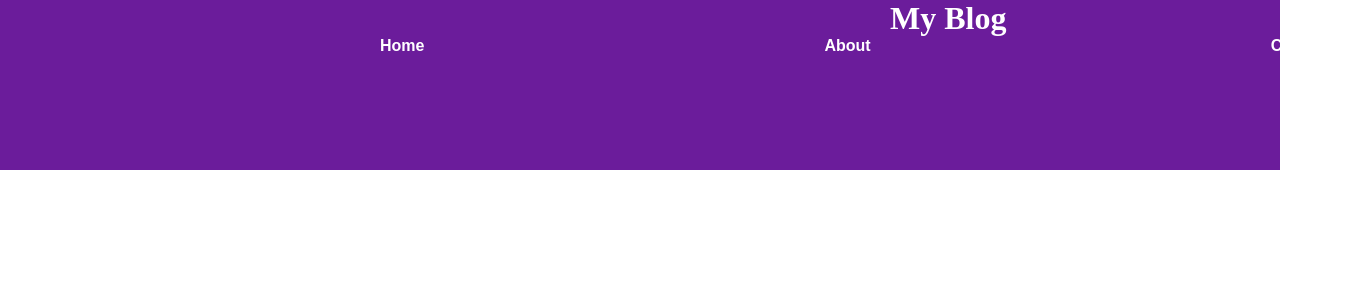
Repository: Femi007-gh/BLOG
Page: index.html
These files come from the project's save history. The page is drawn as it stood at one moment and after the next save; the edit follows.
The browser window is 1280 px wide. The page is 1350 px wide, then 1280 px, so the pictures cover 1350 px, including what lies to the right of the window. The pictures show the whole page.

Above is the page before, as saved 2025-01-08 07:07:15.

After the next save:
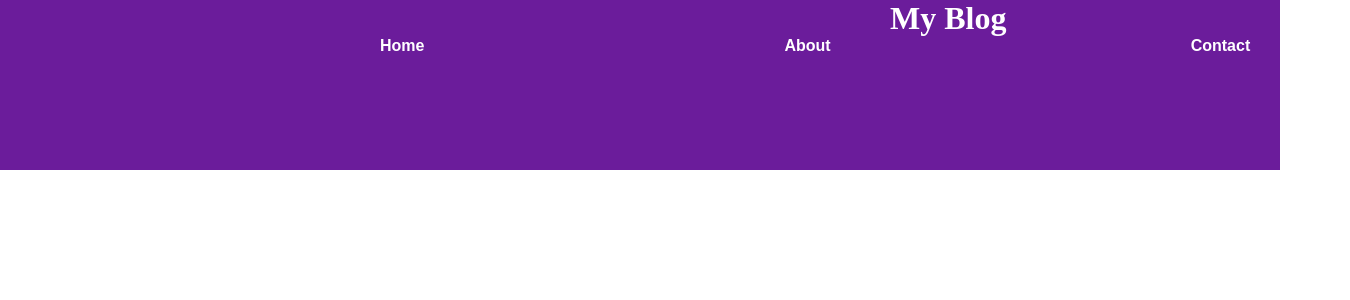
Saved 8 s later.
--- a/style.css
+++ b/style.css
@@ -32,7 +32,7 @@ nav ul {
   font-weight: bold;
   margin-left: 380px;
   justify-content: space-evenly;
-  margin-right: 20px;
+  margin-right: -20px;
 }
 
 li a{
